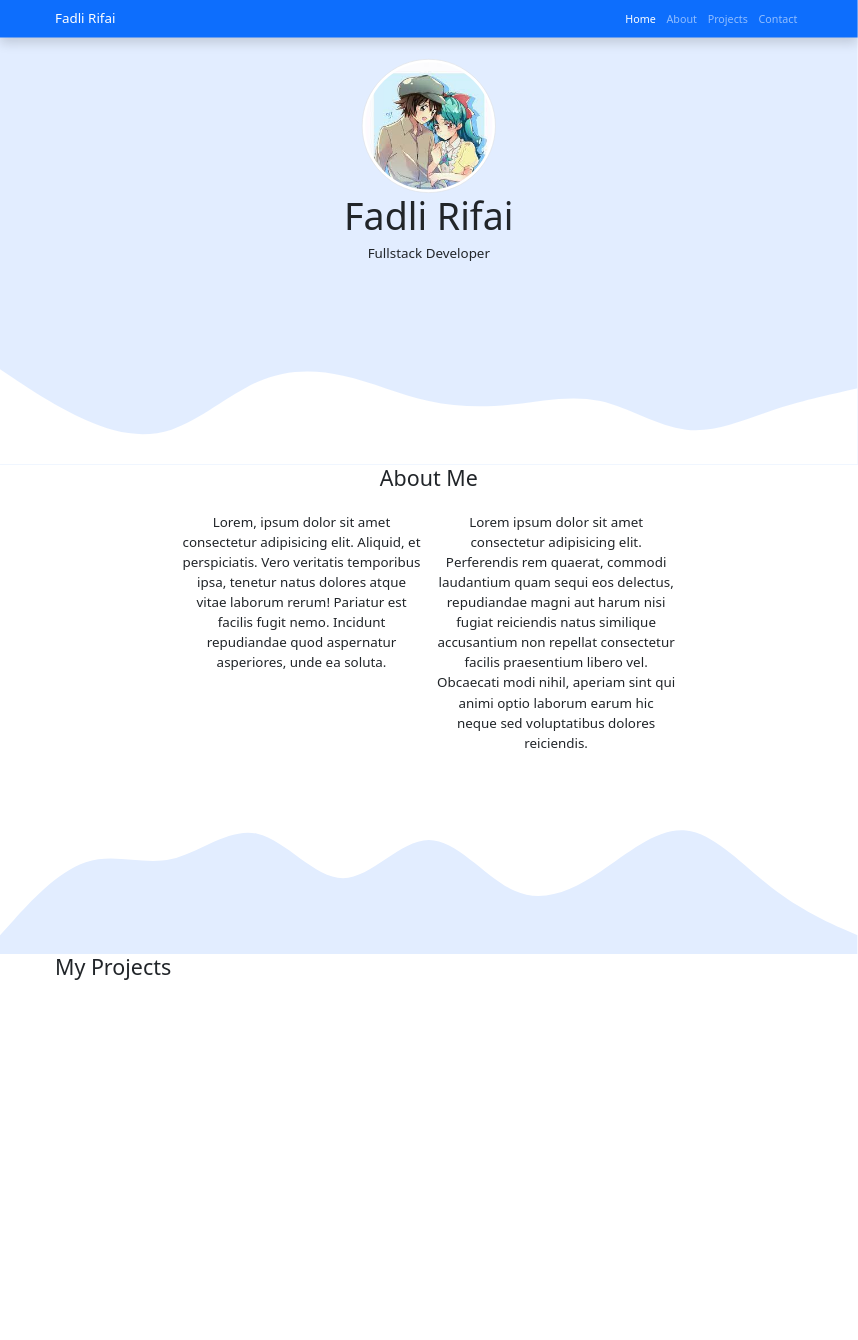
Repository: fadlyyy/fadli-dev.github.io
Page: index.html
These files come from the project's save history. The page is drawn as it stood at one moment and after the next save; the edit follows.
The browser window is 1280 px wide. The pictures show the whole page, at 67% of full size.

Above is the page before, as saved 2024-01-19 11:10:18.

### index.html
<!DOCTYPE html>
<html lang="en">
  <head>
    <meta charset="utf-8" />
    <meta name="viewport" content="width=device-width, initial-scale=1" />
    <title>Bootstrap demo</title>
    <link href="https://cdn.jsdelivr.net/npm/bootstrap@5.2.3/dist/css/bootstrap.min.css" rel="stylesheet" integrity="sha384-rbsA2VBKQhggwzxH7pPCaAqO46MgnOM80zW1RWuH61DGLwZJEdK2Kadq2F9CUG65" crossorigin="anonymous" />
    <link rel="stylesheet" href="style.css" />
  </head>
  <body>
    <!-- Navbar -->
    <nav class="navbar navbar-expand-lg navbar-dark bg-primary shadow">
      <div class="container">
        <a class="navbar-brand" href="#">Fadli Rifai</a>
        <button class="navbar-toggler" type="button" data-bs-toggle="collapse" data-bs-target="#navbarNav" aria-controls="navbarNav" aria-expanded="false" aria-label="Toggle navigation">
          <span class="navbar-toggler-icon"></span>
        </button>
        <div class="collapse navbar-collapse" id="navbarNav">
          <ul class="navbar-nav ms-auto">
            <li class="nav-item">
              <a class="nav-link active" aria-current="page" href="#">Home</a>
            </li>
            <li class="nav-item">
              <a class="nav-link" href="#">About</a>
            </li>
            <li class="nav-item">
              <a class="nav-link" href="#">Projects</a>
            </li>
            <li class="nav-item">
              <a class="nav-link" href="#">Contact</a>
            </li>
          </ul>
        </div>
      </div>
    </nav>
    <!-- Navbar End -->

    <!-- Jumbotron -->
    <section class="jumbotron text-center">
      <img class="rounded-circle img-thumbnail" src="img/images.jpeg" alt="" width="200" />
      <h1 class="display-4">Fadli Rifai</h1>
      <p class="lead">Fullstack Developer</p>
      <svg xmlns="http://www.w3.org/2000/svg" viewBox="0 0 1440 320">
        <path
          fill="#ffffff"
          fill-opacity="1"
          d="M0,160L24,176C48,192,96,224,144,245.3C192,267,240,277,288,261.3C336,245,384,203,432,181.3C480,160,528,160,576,170.7C624,181,672,203,720,213.3C768,224,816,224,864,218.7C912,213,960,203,1008,213.3C1056,224,1104,256,1152,261.3C1200,267,1248,245,1296,229.3C1344,213,1392,203,1416,197.3L1440,192L1440,320L1416,320C1392,320,1344,320,1296,320C1248,320,1200,320,1152,320C1104,320,1056,320,1008,320C960,320,912,320,864,320C816,320,768,320,720,320C672,320,624,320,576,320C528,320,480,320,432,320C384,320,336,320,288,320C240,320,192,320,144,320C96,320,48,320,24,320L0,320Z"
        ></path>
      </svg>
    </section>
    <!-- Jumbotron End -->

    <!-- About -->
    <section id="about">
      <div class="container">
        <div class="row text-center mb-4">
          <div class="col">
            <h2>About Me</h2>
          </div>
        </div>
        <div class="row justify-content-center fs-5 text-center">
          <div class="col-4">
            <p class="">
              Lorem, ipsum dolor sit amet consectetur adipisicing elit. Aliquid, et perspiciatis. Vero veritatis temporibus ipsa, tenetur natus dolores atque vitae laborum rerum! Pariatur est facilis fugit nemo. Incidunt repudiandae quod
              aspernatur asperiores, unde ea soluta.
            </p>
          </div>
          <div class="col-4">
            <p>
              Lorem ipsum dolor sit amet consectetur adipisicing elit. Perferendis rem quaerat, commodi laudantium quam sequi eos delectus, repudiandae magni aut harum nisi fugiat reiciendis natus similique accusantium non repellat
              consectetur facilis praesentium libero vel. Obcaecati modi nihil, aperiam sint qui animi optio laborum earum hic neque sed voluptatibus dolores reiciendis.
            </p>
          </div>
        </div>
      </div>
      <svg xmlns="http://www.w3.org/2000/svg" viewBox="0 0 1440 320">
        <path
          fill="#e2edff"
          fill-opacity="1"
          d="M0,288L24,261.3C48,235,96,181,144,165.3C192,149,240,171,288,160C336,149,384,107,432,117.3C480,128,528,192,576,192C624,192,672,128,720,128C768,128,816,192,864,213.3C912,235,960,213,1008,181.3C1056,149,1104,107,1152,112C1200,117,1248,171,1296,208C1344,245,1392,267,1416,277.3L1440,288L1440,320L1416,320C1392,320,1344,320,1296,320C1248,320,1200,320,1152,320C1104,320,1056,320,1008,320C960,320,912,320,864,320C816,320,768,320,720,320C672,320,624,320,576,320C528,320,480,320,432,320C384,320,336,320,288,320C240,320,192,320,144,320C96,320,48,320,24,320L0,320Z"
        ></path>
      </svg>
    </section>
    <!-- About End -->

    <!-- Section Projects -->
    <section id="projects">
      <div class="container">
        <div class="row">
          <div class="col">
            <h2>My Projects</h2>
          </div>
        </div>
      </div>
    </section>
    <!-- End Section Projects -->

    <script src="https://cdn.jsdelivr.net/npm/bootstrap@5.2.3/dist/js/bootstrap.bundle.min.js" integrity="sha384-kenU1KFdBIe4zVF0s0G1M5b4hcpxyD9F7jL+jjXkk+Q2h455rYXK/7HAuoJl+0I4" crossorigin="anonymous"></script>
  </body>
</html>

### style.css
body {
  min-height: 2000px;
}

.jumbotron {
  padding-top: 2rem;
  background-color: #e2edff;
}

After the next save:
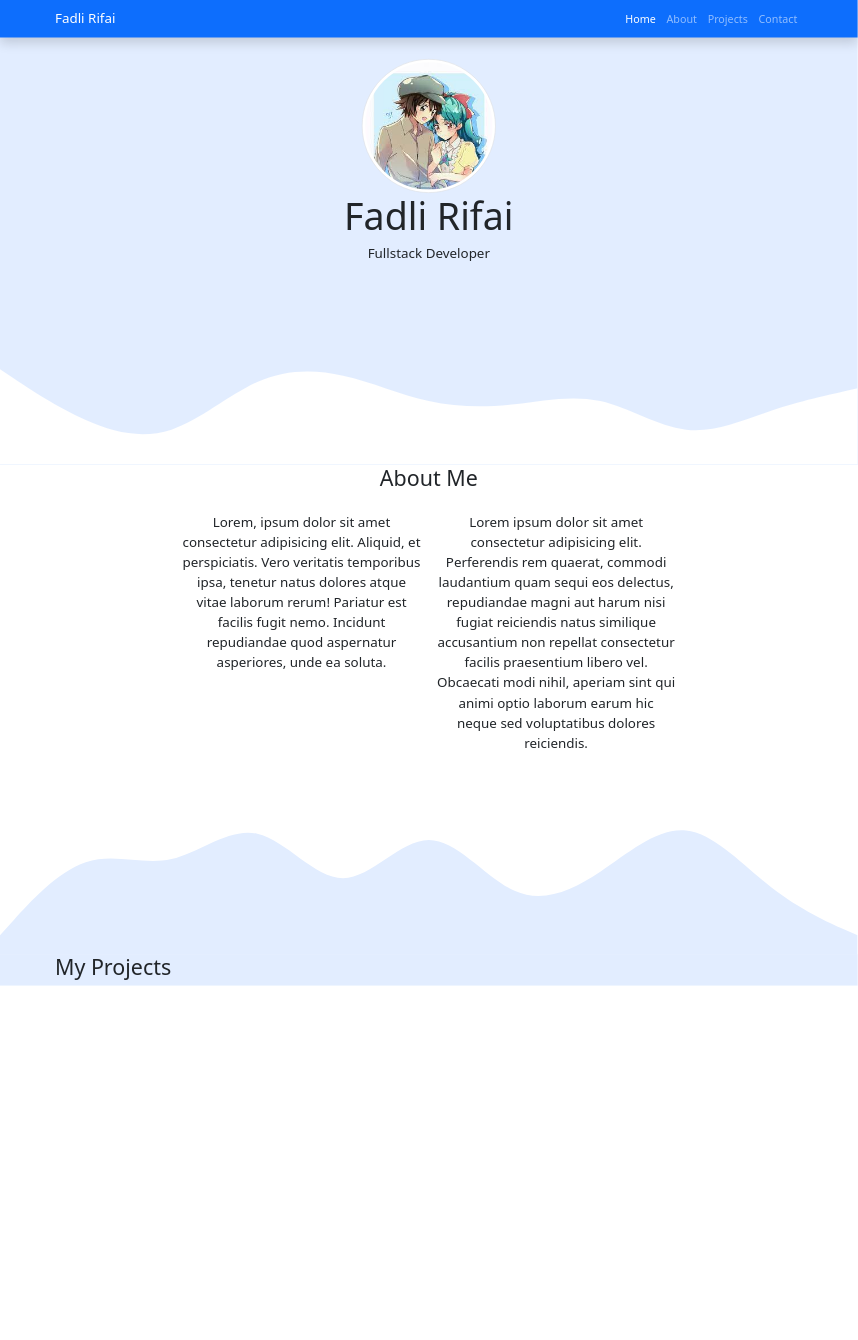
Saved 12 s later.
--- a/style.css
+++ b/style.css
@@ -6,3 +6,7 @@ body {
   padding-top: 2rem;
   background-color: #e2edff;
 }
+
+#projects {
+  background-color: #e2edff;
+}
